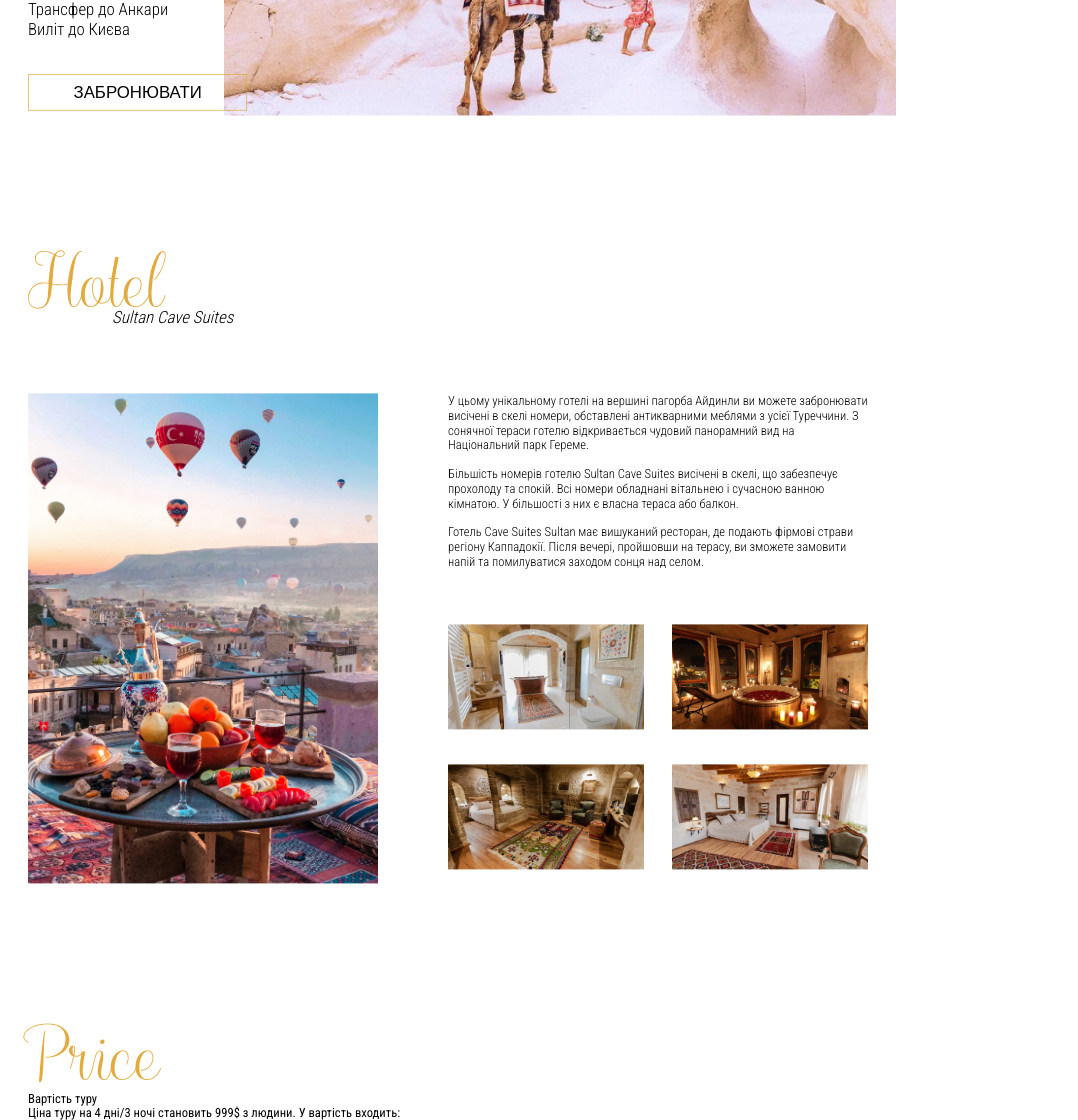
Repository: KYUUBI-K/cappadocia
Page: index.html
These files come from the project's save history. The page is drawn as it stood at one moment and after the next save; the edit follows.
The browser window is 1280 px wide. The page is 1540 px wide, so the pictures cover 1540 px, including what lies to the right of the window. The pictures show the part of the page from y = 2970 to 4570 px (the page is 4570 px tall before and 4549 px after), at 70% of full size.

Above is the page before, as saved 2025-08-21 19:02:21.

After the next save:
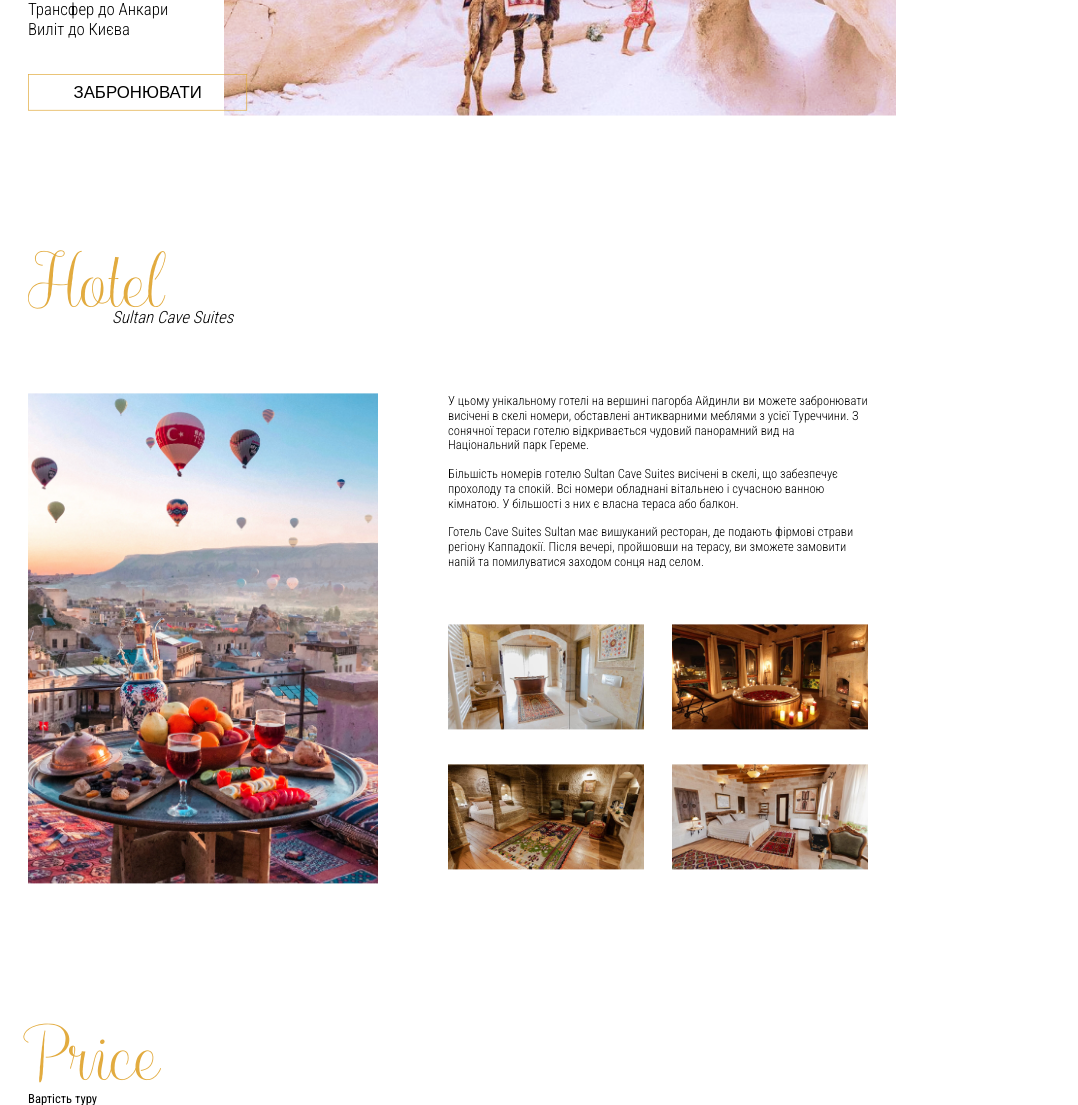
Saved 5 s later.
--- a/index.html
+++ b/index.html
@@ -231,13 +231,6 @@
           <p class="price-subtitle-text">Вартість туру</p>
         </div>
         <div class="price-content">
-          <aside class="price-text">
-            <!-- prettier-ignore -->
-            <p>
-            Ціна туру на 4 дні/3 ночі становить 999$ з людини.
-            У вартість входить:
-          </p>
-            <ul class="price-list
         </div>
 
     </section>
